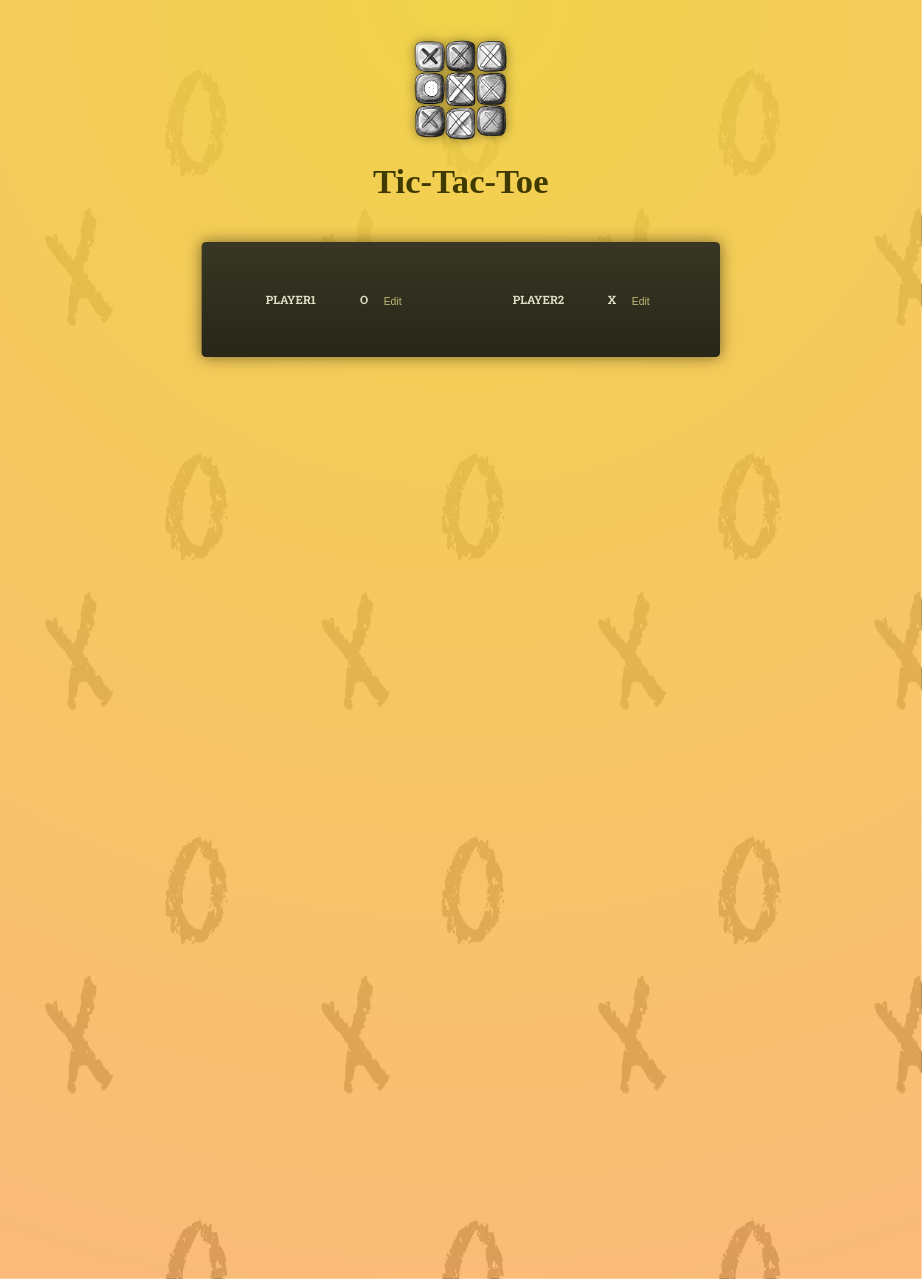
Repository: collyrium921/tic-tac-toe
Page: /
An editor plug-in stored every save of this project. The page is shown before and after the next save, followed by the edit.
The browser window is 1280 px wide. The pictures show the whole page, at 72% of full size.
Some web fonts or font styles are not loaded; a fallback is used. The project was rebuilt for these pictures with package versions that can differ from the ones it lists, and the page was loaded fresh each time. Also part of the build but not shown: vite.config.js.

Above is the page before, as saved 2024-05-23 00:50:17.

### index.html
<!DOCTYPE html>
<html lang="en">
  <head>
    <meta charset="UTF-8" />
    <link rel="icon" type="image/svg+xml" href="/game-logo.png" />
    <meta name="viewport" content="width=device-width, initial-scale=1.0" />
    <title>React Tic-Tac-Toe</title>
  </head>
  <body>
    <header>
      <img src="game-logo.png" alt="tic tac toe">
      <h1>Tic-Tac-Toe</h1>
    </header>
    <div id="root"></div>
    <script type="module" src="/src/index.jsx"></script>
  </body>
</html>

### src/App.jsx
import Player from "./components/Player";

function App() {
  return (
    <main>
      <div id="game-container">
        <ol id="players">
          <Player name="Player1" symbol="O" />
          <Player name="Player2" symbol="X" />
        </ol>
      </div>
    </main>
  );
}

export default App;

### src/components/Player.jsx
import { useState } from "react";
export default function Player({ name, symbol }) {

  const [isEditing, setIsEditing]=  useState(false);

  function handleEditClick(){
    setIsEditing(true)
  }
  return (
    <li>
      <span className="player">
        <span className="player-name">{name}</span>
        <span className="player-symbol">{symbol}</span>
      </span>
      <button onClick={handleEditClick}>Edit</button>
    </li>
  );
}

Loaded but not shown: src/index.jsx (common file); src/index.css (common file)

After the next save:
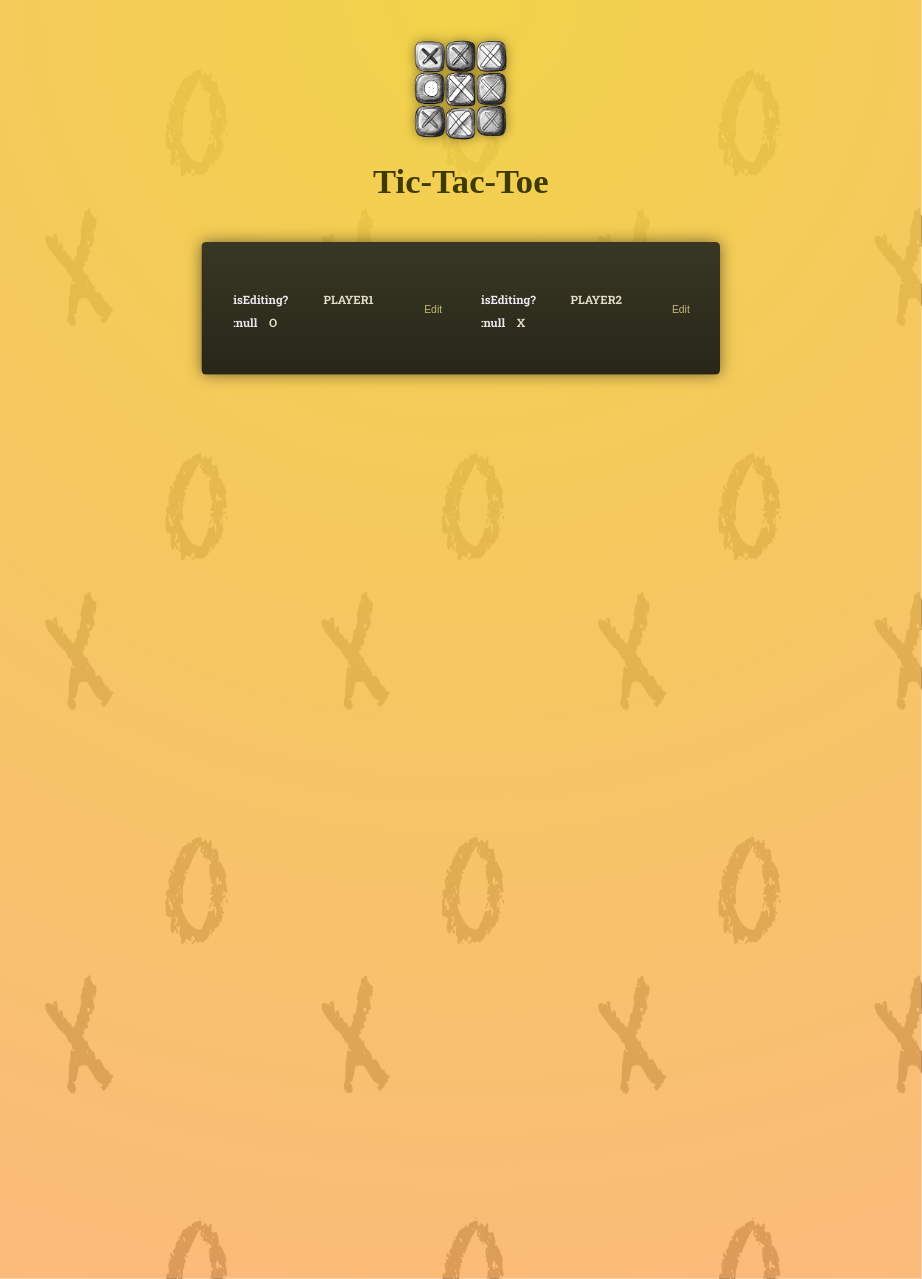
Saved 85 s later.
--- a/src/components/Player.jsx
+++ b/src/components/Player.jsx
@@ -9,7 +9,7 @@ export default function Player({ name, symbol }) {
   return (
     <li>
       <span className="player">
-        <span className="player-name">{name}</span>
+       isEditing? <span className="player-name">{name}</span>:null
         <span className="player-symbol">{symbol}</span>
       </span>
       <button onClick={handleEditClick}>Edit</button>
